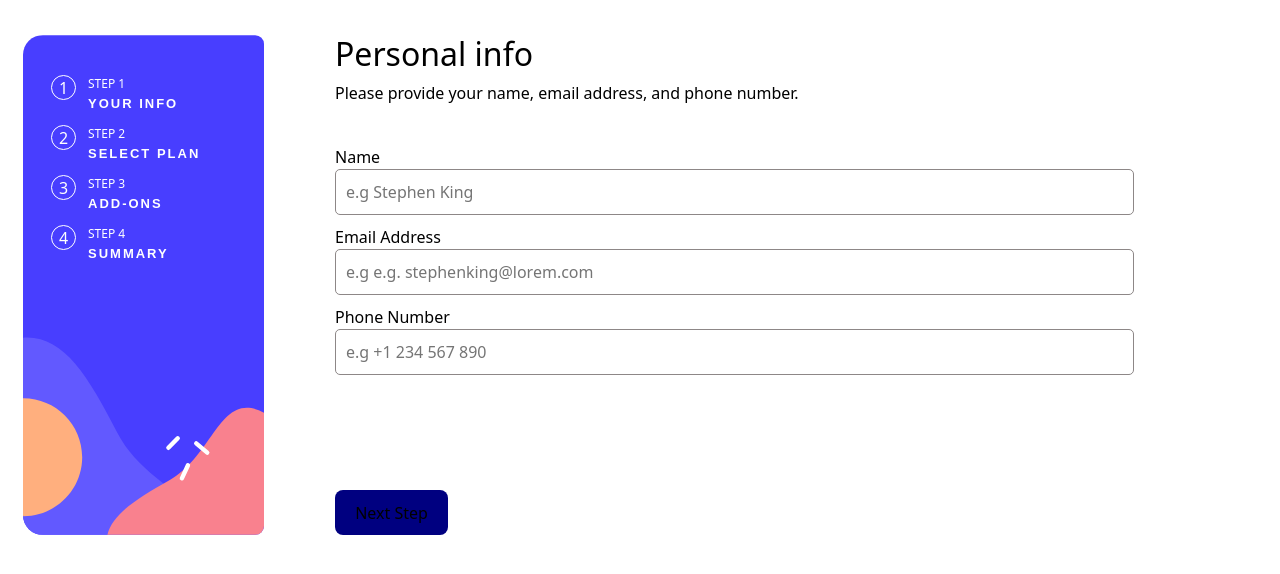
Repository: Celebration-cloud/Multi-Step-Form
Page: /
The author's editor kept a copy of each file at every save. The page is drawn from the files as they stood at one save, then again after a run of saves.
The browser window is 1280 px wide. The pictures show the whole page.
The project was rebuilt for these pictures with package versions that can differ from the ones it lists, and the page was loaded fresh each time. Also part of the build but not shown: vite.config.js, src/GoBack.jsx.

Above is the page before, as saved 2023-10-31 16:24:38.

### index.html
<!DOCTYPE html>
<html lang="en">
<head>
  <meta charset="UTF-8">
  <meta name="viewport" content="width=device-width, initial-scale=1.0"> <!-- displays site properly based on user's device -->

  <title>Multi-step form</title>
  <link href="https://cdn.jsdelivr.net/npm/bootstrap@5.0.2/dist/css/bootstrap.min.css" rel="stylesheet" integrity="sha384-EVSTQN3/azprG1Anm3QDgpJLIm9Nao0Yz1ztcQTwFspd3yD65VohhpuuCOmLASjC" crossorigin="anonymous">
  <!-- Feel free to remove these styles or customise in your own stylesheet 👍 -->
  <style>
    .attribution { font-size: 11px; text-align: center; }
    .attribution a { color: hsl(228, 45%, 44%); }
  </style>
</head>
<body>
  <div id="root"></div>
  <script src="https://cdn.jsdelivr.net/npm/@popperjs/core@2.9.2/dist/umd/popper.min.js" integrity="sha384-IQsoLXl5PILFhosVNubq5LC7Qb9DXgDA9i+tQ8Zj3iwWAwPtgFTxbJ8NT4GN1R8p" crossorigin="anonymous"></script>
  <script src="https://cdn.jsdelivr.net/npm/bootstrap@5.0.2/dist/js/bootstrap.min.js" integrity="sha384-cVKIPhGWiC2Al4u+LWgxfKTRIcfu0JTxR+EQDz/bgldoEyl4H0zUF0QKbrJ0EcQF" crossorigin="anonymous"></script>
  <script type="module" src="./src/main.jsx"></script>
</body>
</html>

### src/App.jsx
import { useState } from 'react'
import './App.css'
import "@fontsource/roboto/300.css";
import "@fontsource/roboto/400.css";
import "@fontsource/roboto/500.css";
import "@fontsource/roboto/700.css";
import Pagination from './Pagination/Pagination';
import Procedures from './Procedures/Procedures';


function App() {

  return (
    <>
      <div className="forming row">
        <div className="pagination col-2">
          <Pagination />
        </div>
        <div className="col-8">
          <Procedures/>
        </div>
      </div>
    </>
  );
}

export default App

{/* <div>
     Sidebar start
    Step 1
  Your info

  Step 2
  Select plan

  Step 3
  Add-ons

  Step 4
  Summary

  Sidebar end

   Step 1 start

  Personal info
  Please provide your name, email address, and phone number.

  Name
  e.g. Stephen King

  Email Address
  e.g. stephenking@lorem.com

  Phone Number
  e.g. +1 234 567 890

  Next Step

  Step 1 end

   Step 2 start

  Select your plan
  You have the option of monthly or yearly billing.

  Arcade
  $9/mo

  Advanced
  $12/mo

  Pro
  $15/mo

  Monthly
  Yearly

  Go Back
  Next Step

  Step 2 end

   Step 3 start

  Pick add-ons
  Add-ons help enhance your gaming experience.

  Online service
  Access to multiplayer games
  +$1/mo

  Larger storage
  Extra 1TB of cloud save
  +$2/mo

  Customizable Profile
  Custom theme on your profile
  +$2/mo

  Go Back
  Next Step

   Step 3 end

  Step 4 start

  Finishing up
  Double-check everything looks OK before confirming.

   Dynamically add subscription and add-on selections here

  Total (per month/year)

  Go Back
  Confirm

   Step 4 end

  Step 5 start

  Thank you!

  Thanks for confirming your subscription! We hope you have fun
  using our platform. If you ever need support, please feel free
  to email us at support@loremgaming.com.

   Step 5 end
  </div> */}

### src/index.css
:root {
  font-family: Inter, system-ui, Avenir, Helvetica, Arial, sans-serif;
  line-height: 1.5;
  font-weight: 400;
  color-scheme: light dark;
  color: rgba(255, 255, 255, 0.87);
  background-color: #242424;

  font-synthesis: none;
  text-rendering: optimizeLegibility;
  -webkit-font-smoothing: antialiased;
  -moz-osx-font-smoothing: grayscale;
  -webkit-text-size-adjust: 100%;
}

a {
  font-weight: 500;
  color: #646cff;
  text-decoration: inherit;
}
a:hover {
  color: #535bf2;
}

body {
  margin: 0;
}

h1 {
  font-size: 3.2em;
  line-height: 1.1;
}

button {
  border-radius: 8px;
  border: 1px solid transparent;
  padding: 0.6em 1.2em;
  font-size: 1em;
  font-weight: 500;
  font-family: inherit;
  background-color: #1a1a1a;
  cursor: pointer;
  transition: border-color 0.25s;
}
button:hover {
  border-color: #646cff;
}
button:focus,
button:focus-visible {
  outline: 4px auto -webkit-focus-ring-color;
}

@media (prefers-color-scheme: light) {
  :root {
    color: #213547;
    background-color: #ffffff;
  }
  a:hover {
    color: #747bff;
  }
  button {
    background-color: #f9f9f9;
  }
}

### src/App.css
#root {
  padding: 2rem;
  text-align: left;
}

.pagination{
  width: 300px;
  height: 500px;
}
.forming{
  padding: 3px;
}

.logo {
  height: 6em;
  padding: 1.5em;
  will-change: filter;
  transition: filter 300ms;
}
.logo:hover {
  filter: drop-shadow(0 0 2em #646cffaa);
}
.logo.react:hover {
  filter: drop-shadow(0 0 2em #61dafbaa);
}

@keyframes logo-spin {
  from {
    transform: rotate(0deg);
  }
  to {
    transform: rotate(360deg);
  }
}

@media (prefers-reduced-motion: no-preference) {
  a:nth-of-type(2) .logo {
    animation: logo-spin infinite 20s linear;
  }
}

.card {
  padding: 2em;
}

.read-the-docs {
  color: #888;
}

### src/Pagination/Pagination.jsx
import PaginationStep from "./PaginationStep";
import './Pagination.css'
function Pagination() {
  return (
    <>
      {PaginationStep?.map((item) => (
        <div className="pageStep row" key={item.id}>
          <div className="pageNum col-1"><p>{item.number}</p></div>
          <div className="stepInfo col-9">
            <p className="steps" >STEP {item.step}</p>
            <p className="info">{item.info}</p>
          </div>
        </div>
      ))}
    </>
  );
}

export default Pagination;

### src/Procedures/Procedures.jsx
import { useState } from 'react';
import GoBack from '../GoBack';
import Submit from '../Submit';
import { PersonalInfo, SelectYourPlan } from './ProceduresList'

const slide = [
  <>
    <PersonalInfo />
  </>,
  <>
    <SelectYourPlan />
  </>,
];
function Procedures() {
    const [pages, setPages] = useState(1)
    const handleSubmit =(e)=>{
        e.preventDefault()
    }
    const handleNext = () => {
        if(pages > 0)
        setPages(prev => prev + 1)
    }
    const handlePrev = () => {
        if(pages < 5)
        setPages(prev => prev - 1)
    }
  return (
    <form className='forms' onSubmit={handleSubmit}>
      {slide[pages - 1]}
      <div className="submitStyle">
        {slide === 0 && <GoBack handlePrev={handlePrev}/>}
        <Submit handleNext="handleNext"/>
      </div>
    </form>
  );
}

export default Procedures

### src/Pagination/PaginationStep.jsx
import {v4 as uuid} from 'uuid'
const PaginationStep = [
  {
    id: uuid(),
    number: 1,
    step: 1,
    info: "YOUR INFO",
  },
  {
    id: uuid(),
    number: 2,
    step: 2,
    info: "SELECT PLAN",
  },
  {
    id: uuid(),
    number: 3,
    step: 3,
    info: "ADD-ONS",
  },
  {
    id: uuid(),
    number: 4,
    step: 4,
    info: "SUMMARY",
  },
];
export default PaginationStep

### src/Pagination/Pagination.css
.pagination{
    background-image: url(../../assets/images/bg-sidebar-desktop.svg);
    background-repeat: no-repeat;
    height: 500px;
    background-size: contain;
    object-fit: contain;
    display: flex;
    flex-direction: column;
    border-radius: 20px;
    padding: 40px;
    color: white;
}

.pageNum{
    width: 25px;
    height: 25px;
    padding: 0;
    margin: 0;
    border: 1px solid white;
    border-radius: 100%;
}
.pageNum p{
    text-align: center;
}
.stepInfo{
    display: flex;
    flex-direction: column;
    height: 50px;
}
.steps{
    font-weight: 100;
    font-size: 12px;
}
.info{
    font-family: 'Arial';
    font-size: small;
    font-weight: 700;
    letter-spacing: 2px;
    margin-top: -15px;
}

### src/Submit.jsx
import React from 'react'

function Submit({handleNext}) {
  return (
    <>
      <button onChange={handleNext} className="formBtn">Next Step</button>
    </>
  );
}

export default Submit

### src/Procedures/ProceduresList.jsx
import React from 'react'
import './Procedures.css'
function PersonalInfo() {
  return (
    <>
      <h2 className="personalInfo">Personal info</h2>
      <p className="formDit">
        Please provide your name, email address, and phone number.
      </p>
      <br />

      <label className="inputs" htmlFor="name">
        Name
      </label>
      <br />
      <input
        className="formInfo"
        id="name"
        required
        type="text"
        placeholder="e.g Stephen King"
      />
      <br />
      <label className="inputs" htmlFor="email">
        Email Address
      </label>
      <br />
      <input
        className="formInfo"
        id="email"
        type="email"
        required
        placeholder="e.g e.g. stephenking@lorem.com"
      />
      <br />
      <label className="inputs" htmlFor="phoneNumber">
        Phone Number
      </label>
      <br />
      <input
        className="formInfo"
        id="phoneNumber"
        type="tel"
        required
        placeholder="e.g +1 234 567 890"
        maxLength={11}
      />
      <br />
    </>
  );
}
function SelectYourPlan() {
    return(
        <>

        </>
    )
}

export {PersonalInfo, SelectYourPlan};

### src/Procedures/Procedures.css
.formInfo{
    width: 100%;
    background-color: transparent;
    border: 1.5px solid rgb(141, 135, 135);
    border-radius: 5px;
    padding: 10px;
    margin-bottom: 10px;
    color: black;
}
.forms{
    color: black;
}
.formBtn{
    background-color: navy;
}
.submitStyle{
    display: flex;
    flex-direction: row;
    justify-content: space-between;
    height: 150px;
}
.backBtn{
    align-self: flex-end;
    background-color: transparent;
    color: black;
}
.backBtn:hover{
    color: navy;
}
.submitStyle .formBtn{
    align-self: flex-end;
}

Loaded but not shown: src/main.jsx (common file)

After the next 2 saves:
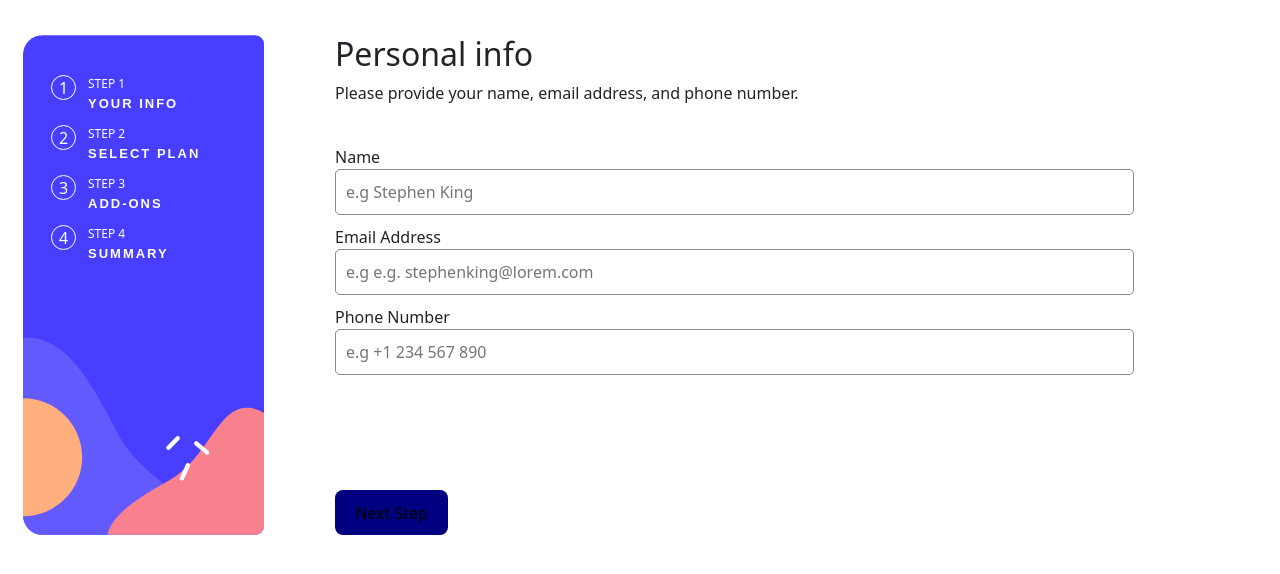
The 2 saves are shown as one change because they came seconds apart.
The last was saved 81 s later.
--- a/src/Procedures/Procedures.jsx
+++ b/src/Procedures/Procedures.jsx
@@ -25,13 +25,13 @@ function Procedures() {
         setPages(prev => prev - 1)
     }
   return (
-    <form className='forms' onSubmit={handleSubmit}>
+    <>
       {slide[pages - 1]}
       <div className="submitStyle">
         {slide === 0 && <GoBack handlePrev={handlePrev}/>}
         <Submit handleNext="handleNext"/>
       </div>
-    </form>
+    </>
   );
 }
 
